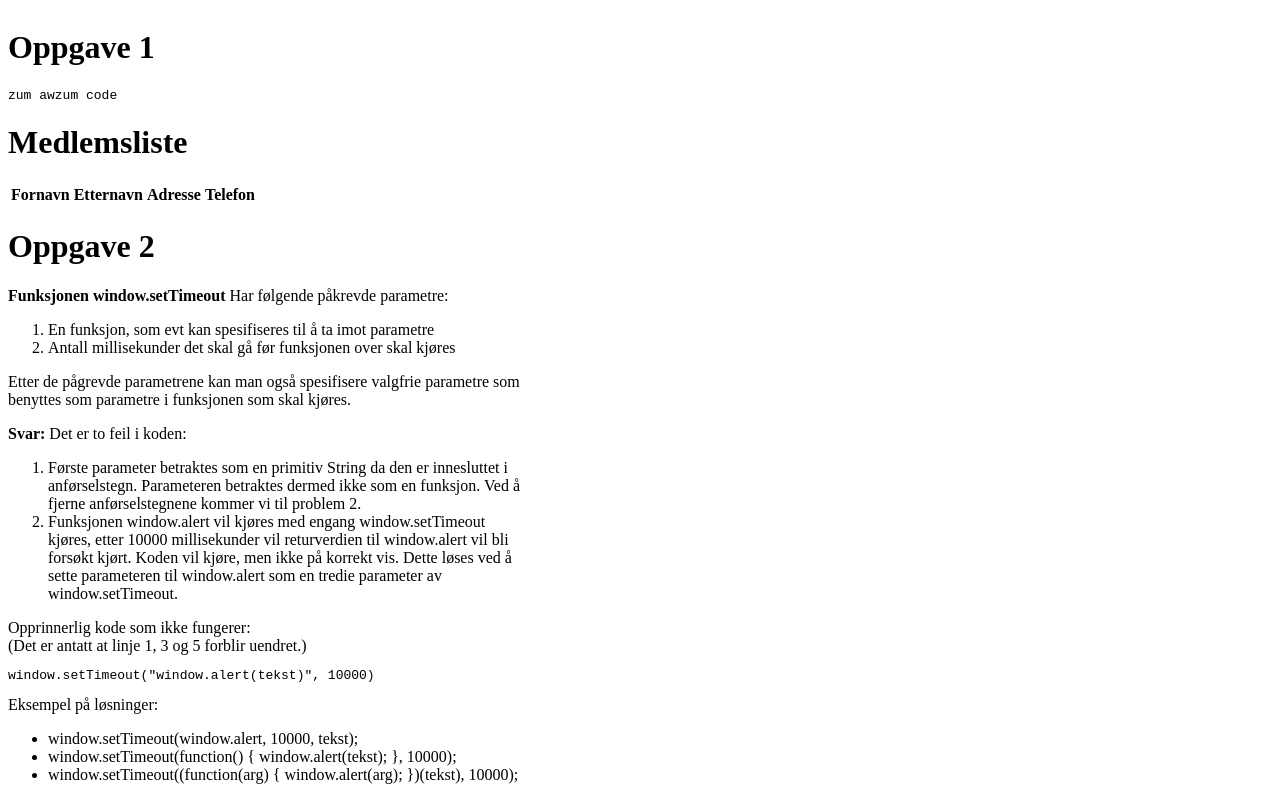
Repository: superdids/DAT152
Page: Oblig1/WebContent/index.html
The author's editor kept a copy of each file at every save. The page is drawn from the files as they stood at one save, then again after the next save.
The browser window is 1280 px wide. The pictures show the whole page.

Above is the page before, as saved 2015-09-05 22:02:58.

### Oblig1/WebContent/index.html
<!DOCTYPE html>
<html>
<head>
<meta charset="UTF-8">
<script type="text/javascript" src="js/fil.js"></script>
<link href="css/style.css" rel="stylesheet" type="text/css" />
<title>Obligatorisk innlevering 1</title>
</head>
<body>

<h1>Oppgave 1</h1>

	<pre>zum awzum code</pre>
	<h1>Medlemsliste</h1>
	<table>
		<tr>
			<th>Fornavn</th>
			<th>Etternavn</th>
			<th>Adresse</th>
			<th>Telefon</th>
			<th></th>
			<th></th>
		</tr>
	</table>

<h1>Oppgave 2</h1>
<p><b>Funksjonen window.setTimeout </b>Har følgende påkrevde parametre:</p>
<ol>
<li>En funksjon, som evt kan spesifiseres til å ta imot parametre</li>
<li>Antall millisekunder det skal gå før funksjonen over skal kjøres</li>
</ol>

<p>Etter de pågrevde parametrene kan man også spesifisere valgfrie parametre
som benyttes som parametre i funksjonen som skal kjøres.</p>

<p><b>Svar: </b>Det er to feil i koden: </p>
<ol>
<li>Første parameter betraktes som en primitiv String da den er innesluttet
i anførselstegn. Parameteren betraktes dermed ikke som en funksjon. Ved å
fjerne anførselstegnene kommer vi til problem 2.</li>
<li>Funksjonen window.alert vil kjøres med engang window.setTimeout kjøres,
etter 10000 millisekunder vil returverdien til window.alert
vil bli forsøkt kjørt. Koden vil kjøre, men ikke på korrekt vis.
Dette løses ved å sette parameteren til window.alert som en tredie parameter
av window.setTimeout. </li>
</ol>
Opprinnerlig kode som ikke fungerer: <br />
(Det er antatt at linje 1, 3 og 5 forblir uendret.)
<pre>window.setTimeout("window.alert(tekst)", 10000)</pre>
Eksempel på løsninger:
<ul>
<li>window.setTimeout(window.alert, 10000, tekst);</li>
<li>window.setTimeout(function() { window.alert(tekst); }, 10000);
<li>window.setTimeout((function(arg) { window.alert(arg); })(tekst), 10000);
</ul>


</body>
</html>

### Oblig1/WebContent/js/fil.js
"use strict";

(function() {
	var lastet = function() {
		function forsinketUtskrift(tekst) {
			window.setTimeout(window.alert, 1000, tekst);
		}
		forsinketUtskrift("En liten utskrift");
	}

	window.addEventListener('load', lastet, false);
})();

### Oblig1/WebContent/css/style.css
body {
	width: 40%;
	float: left;
}

After the next save:
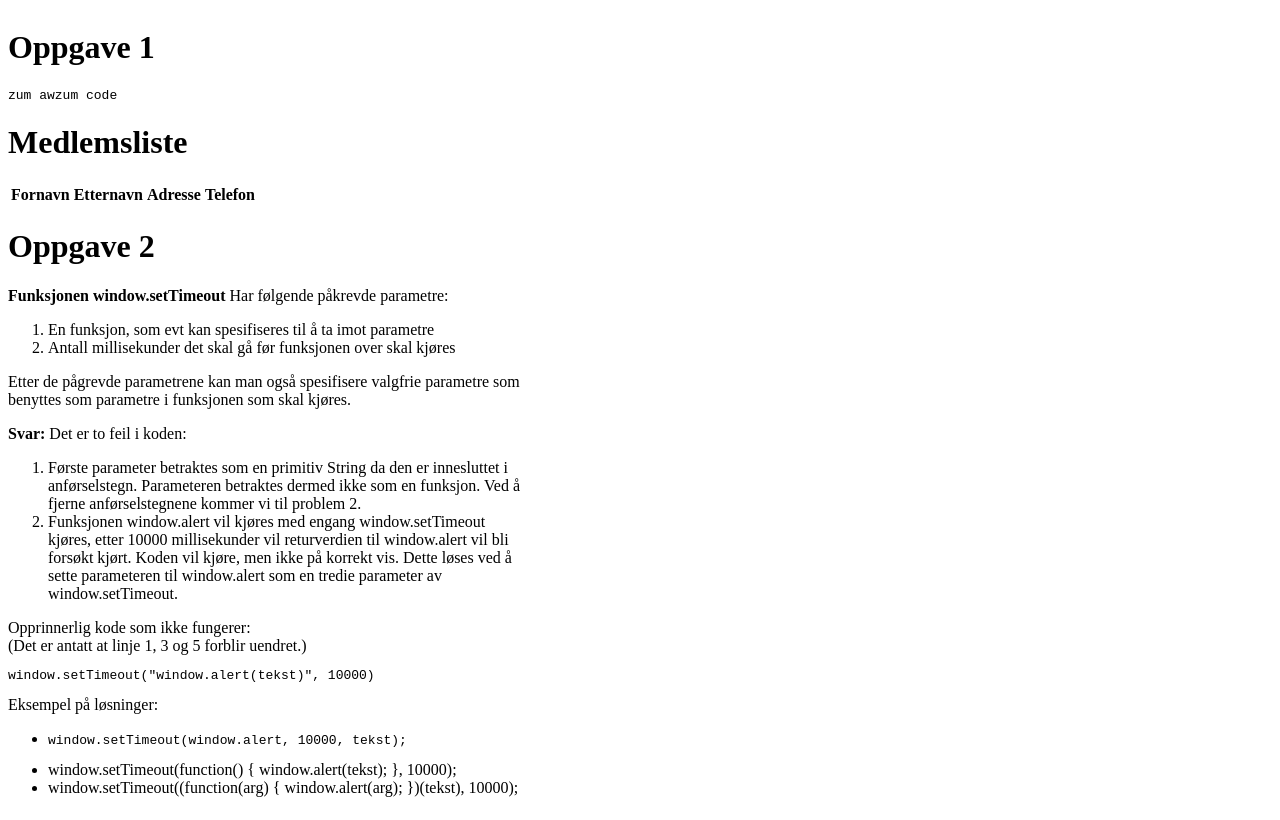
Saved 16 s later.
--- a/Oblig1/WebContent/index.html
+++ b/Oblig1/WebContent/index.html
@@ -49,7 +49,7 @@ Opprinnerlig kode som ikke fungerer: <br />
 <pre>window.setTimeout("window.alert(tekst)", 10000)</pre>
 Eksempel på løsninger:
 <ul>
-<li>window.setTimeout(window.alert, 10000, tekst);</li>
+<li><pre>window.setTimeout(window.alert, 10000, tekst);</pre></li>
 <li>window.setTimeout(function() { window.alert(tekst); }, 10000);
 <li>window.setTimeout((function(arg) { window.alert(arg); })(tekst), 10000);
 </ul>
